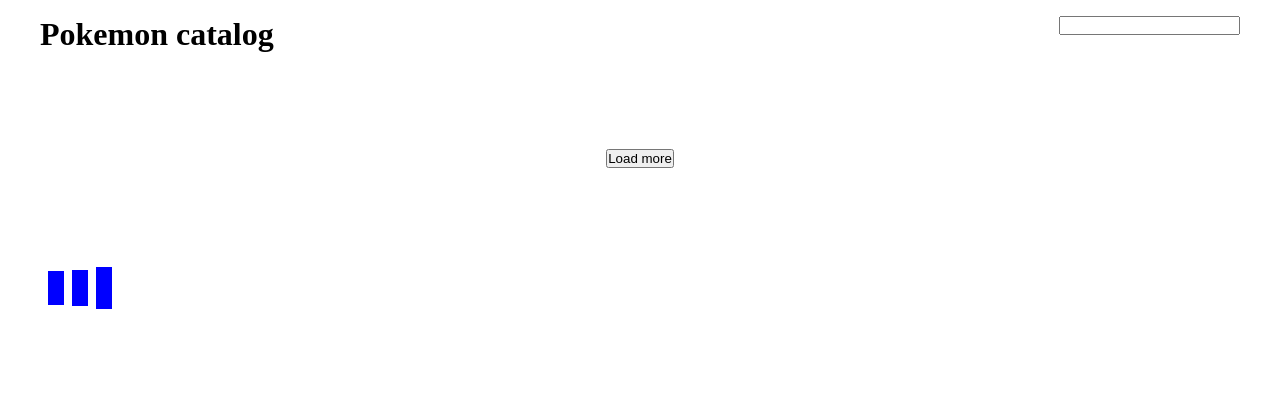
Repository: Ryszard-Penkala/pokemon-API
Page: index.html
These files come from the project's save history. The page is drawn as it stood at one moment and after the next save; the edit follows.
The browser window is 1280 px wide. The pictures show the whole page.
The page's requests for data from a server got no answer.

Above is the page before, as saved 2020-06-28 07:53:49.

After the next save:
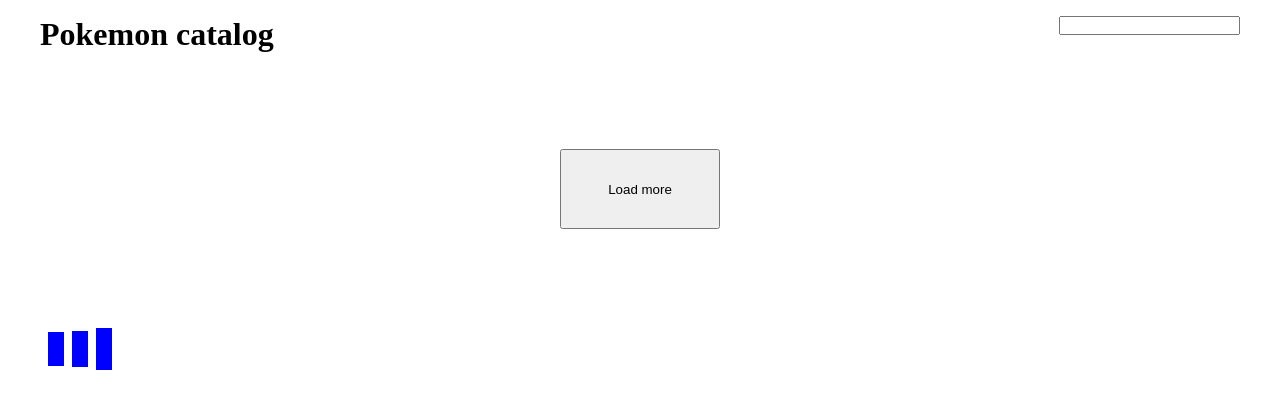
Saved 25 s later.
--- a/assets/styles/styles.css
+++ b/assets/styles/styles.css
@@ -56,6 +56,8 @@
 .footer-main__load-button{
   display: block;
   margin: 5rem auto;
+  height: 5rem;
+  width: 10rem;
 }
 
 
